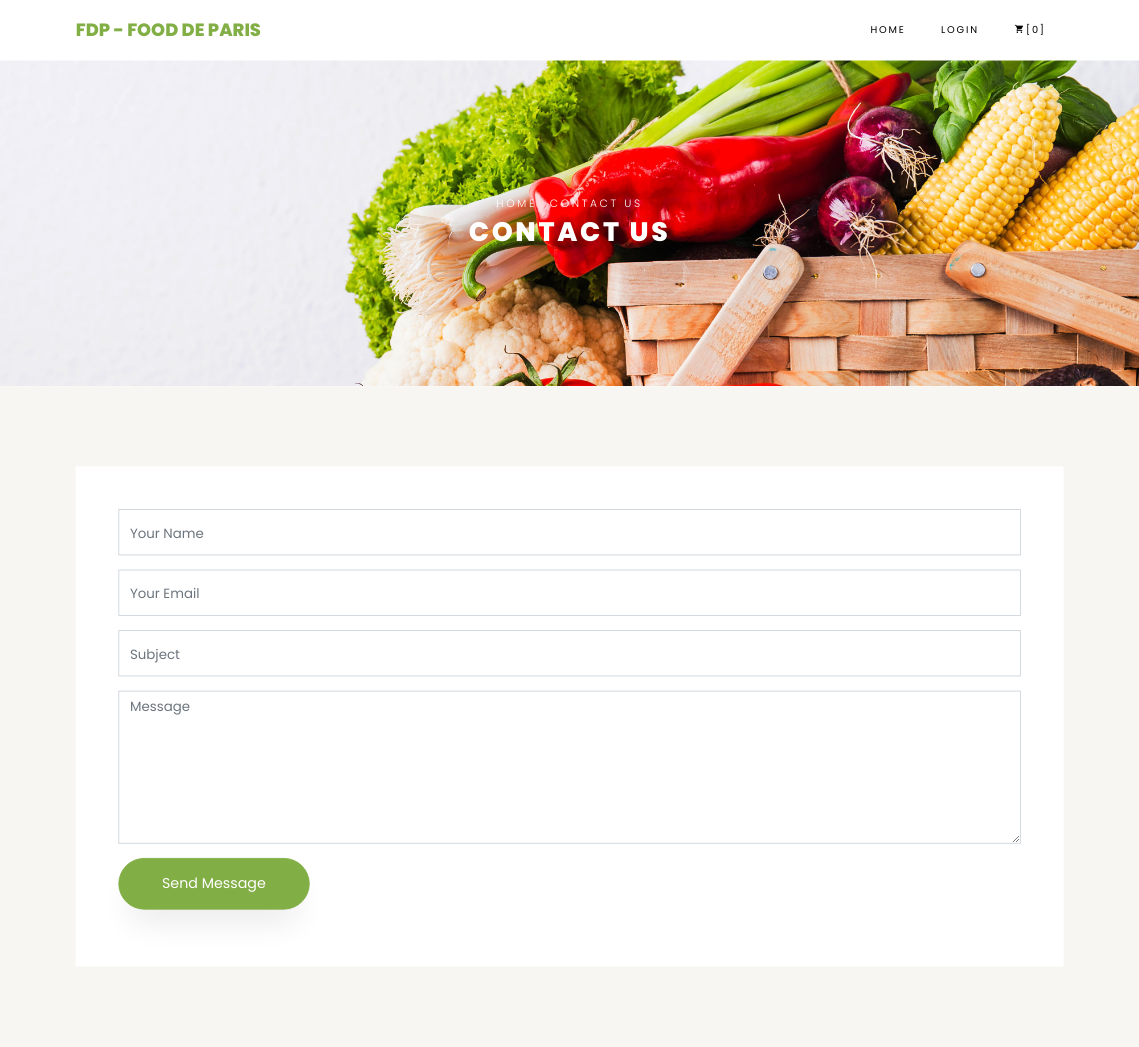
Repository: MacCampers/java-stuff
Page: workspaceJSP/projetRestaurant/WebContent/contact.html
The author's editor kept a copy of each file at every save. The page is drawn from the files as they stood at one save, then again after the next save.
The browser window is 1280 px wide. The pictures show the whole page, at 89% of full size.
Some web fonts or font styles are not loaded; a fallback is used.

Above is the page before, as saved 2020-02-07 14:02:07.

### workspaceJSP/projetRestaurant/WebContent/contact.html
<!DOCTYPE html>
<html lang="en">
<head>
<title>FDP - Food De Paris</title>
<meta charset="utf-8">
<meta name="viewport"
	content="width=device-width, initial-scale=1, shrink-to-fit=no">
<link
	href="https://fonts.googleapis.com/css?family=Poppins:200,300,400,500,600,700,800&display=swap"
	rel="stylesheet">
<link
	href="https://fonts.googleapis.com/css?family=Lora:400,400i,700,700i&display=swap"
	rel="stylesheet">
<link
	href="https://fonts.googleapis.com/css?family=Amatic+SC:400,700&display=swap"
	rel="stylesheet">
<link rel="stylesheet" href="css/open-iconic-bootstrap.min.css">
<link rel="stylesheet" href="css/animate.css">
<link rel="stylesheet" href="css/owl.carousel.min.css">
<link rel="stylesheet" href="css/owl.theme.default.min.css">
<link rel="stylesheet" href="css/magnific-popup.css">
<link rel="stylesheet" href="css/aos.css">
<link rel="stylesheet" href="css/ionicons.min.css">
<link rel="stylesheet" href="css/bootstrap-datepicker.css">
<link rel="stylesheet" href="css/jquery.timepicker.css">
<link rel="stylesheet" href="css/flaticon.css">
<link rel="stylesheet" href="css/icomoon.css">
<link rel="stylesheet" href="css/style.css">
</head>
<body class="goto-here">

	<nav
		class="navbar navbar-expand-lg navbar-dark ftco_navbar bg-dark ftco-navbar-light"
		id="ftco-navbar">
		<div class="container">
			<a class="navbar-brand" href="index.html">FDP - Food De Paris</a>
			<button class="navbar-toggler" type="button" data-toggle="collapse"
				data-target="#ftco-nav" aria-controls="ftco-nav"
				aria-expanded="false" aria-label="Toggle navigation">
				<span class="oi oi-menu"></span> Menu
			</button>

			<div class="collapse navbar-collapse" id="ftco-nav">
				<ul class="navbar-nav ml-auto">
					<li class="nav-item active"><a href="index.html"
						class="nav-link">Home</a></li>
					<li class="nav-item active"><a href="index.html"
						class="nav-link">Login</a></li>

					<li class="nav-item cta cta-colored"><a href="cart.html"
						class="nav-link"><span class="icon-shopping_cart"></span>[0]</a></li>

				</ul>
			</div>
		</div>
	</nav>
	<!-- END nav -->

	<div class="hero-wrap hero-bread"
		style="background-image: url('images/bg_1.jpg');">
		<div class="container">
			<div
				class="row no-gutters slider-text align-items-center justify-content-center">
				<div class="col-md-9 ftco-animate text-center">
					<p class="breadcrumbs">
						<span class="mr-2"><a href="index.html">Home</a></span> <span>Contact
							us</span>
					</p>
					<h1 class="mb-0 bread">Contact us</h1>
				</div>
			</div>
		</div>
	</div>

	<section class="ftco-section contact-section bg-light">
		<div class="container">


			<div class="row block-9">
				<div class="col-md-12 order-md-last d-flex">
					<form action="#" class="bg-white p-5 contact-form">
						<div class="form-group">
							<input type="text" class="form-control" placeholder="Your Name">
						</div>
						<div class="form-group">
							<input type="text" class="form-control" placeholder="Your Email">
						</div>
						<div class="form-group">
							<input type="text" class="form-control" placeholder="Subject">
						</div>
						<div class="form-group">
							<textarea name="" id="" cols="30" rows="7" class="form-control"
								placeholder="Message"></textarea>
						</div>
						<div class="form-group">
							<input type="submit" value="Send Message"
								class="btn btn-primary py-3 px-5">
						</div>
					</form>

				</div>
			</div>
		</div>
	</section>


	<!-- loader -->
	<div id="ftco-loader" class="show fullscreen">
		<svg class="circular" width="48px" height="48px">
			<circle class="path-bg" cx="24" cy="24" r="22" fill="none"
				stroke-width="4" stroke="#eeeeee" />
			<circle class="path" cx="24" cy="24" r="22" fill="none"
				stroke-width="4" stroke-miterlimit="10" stroke="#F96D00" /></svg>
	</div>


	<script src="js/jquery.min.js"></script>
	<script src="js/jquery-migrate-3.0.1.min.js"></script>
	<script src="js/popper.min.js"></script>
	<script src="js/bootstrap.min.js"></script>
	<script src="js/jquery.easing.1.3.js"></script>
	<script src="js/jquery.waypoints.min.js"></script>
	<script src="js/jquery.stellar.min.js"></script>
	<script src="js/owl.carousel.min.js"></script>
	<script src="js/jquery.magnific-popup.min.js"></script>
	<script src="js/aos.js"></script>
	<script src="js/jquery.animateNumber.min.js"></script>
	<script src="js/bootstrap-datepicker.js"></script>
	<script src="js/scrollax.min.js"></script>
	<script src="js/main.js"></script>

</body>
</html>

### workspaceJSP/projetRestaurant/WebContent/js/main.js
 AOS.init({
 	duration: 800,
 	easing: 'slide'
 });

(function($) {

	"use strict";

	var isMobile = {
		Android: function() {
			return navigator.userAgent.match(/Android/i);
		},
			BlackBerry: function() {
			return navigator.userAgent.match(/BlackBerry/i);
		},
			iOS: function() {
			return navigator.userAgent.match(/iPhone|iPad|iPod/i);
		},
			Opera: function() {
			return navigator.userAgent.match(/Opera Mini/i);
		},
			Windows: function() {
			return navigator.userAgent.match(/IEMobile/i);
		},
			any: function() {
			return (isMobile.Android() || isMobile.BlackBerry() || isMobile.iOS() || isMobile.Opera() || isMobile.Windows());
		}
	};


	$(window).stellar({
    responsive: true,
    parallaxBackgrounds: true,
    parallaxElements: true,
    horizontalScrolling: false,
    hideDistantElements: false,
    scrollProperty: 'scroll'
  });


	var fullHeight = function() {

		$('.js-fullheight').css('height', $(window).height());
		$(window).resize(function(){
			$('.js-fullheight').css('height', $(window).height());
		});

	};
	fullHeight();

	// loader
	var loader = function() {
		setTimeout(function() {
			if($('#ftco-loader').length > 0) {
				$('#ftco-loader').removeClass('show');
			}
		}, 1);
	};
	loader();

	// Scrollax
   $.Scrollax();

	var carousel = function() {
		$('.home-slider').owlCarousel({
	    loop:true,
	    autoplay: true,
	    margin:0,
	    animateOut: 'fadeOut',
	    animateIn: 'fadeIn',
	    nav:false,
	    autoplayHoverPause: false,
	    items: 1,
	    navText : ["<span class='ion-md-arrow-back'></span>","<span class='ion-chevron-right'></span>"],
	    responsive:{
	      0:{
	        items:1
	      },
	      600:{
	        items:1
	      },
	      1000:{
	        items:1
	      }
	    }
		});

		$('.carousel-testimony').owlCarousel({
			center: true,
			loop: true,
			items:1,
			margin: 30,
			stagePadding: 0,
			nav: false,
			navText: ['<span class="ion-ios-arrow-back">', '<span class="ion-ios-arrow-forward">'],
			responsive:{
				0:{
					items: 1
				},
				600:{
					items: 3
				},
				1000:{
					items: 3
				}
			}
		});

	};
	carousel();

	$('nav .dropdown').hover(function(){
		var $this = $(this);
		// 	 timer;
		// clearTimeout(timer);
		$this.addClass('show');
		$this.find('> a').attr('aria-expanded', true);
		// $this.find('.dropdown-menu').addClass('animated-fast fadeInUp show');
		$this.find('.dropdown-menu').addClass('show');
	}, function(){
		var $this = $(this);
			// timer;
		// timer = setTimeout(function(){
			$this.removeClass('show');
			$this.find('> a').attr('aria-expanded', false);
			// $this.find('.dropdown-menu').removeClass('animated-fast fadeInUp show');
			$this.find('.dropdown-menu').removeClass('show');
		// }, 100);
	});


	$('#dropdown04').on('show.bs.dropdown', function () {
	  console.log('show');
	});

	// scroll
	var scrollWindow = function() {
		$(window).scroll(function(){
			var $w = $(this),
					st = $w.scrollTop(),
					navbar = $('.ftco_navbar'),
					sd = $('.js-scroll-wrap');

			if (st > 150) {
				if ( !navbar.hasClass('scrolled') ) {
					navbar.addClass('scrolled');
				}
			}
			if (st < 150) {
				if ( navbar.hasClass('scrolled') ) {
					navbar.removeClass('scrolled sleep');
				}
			}
			if ( st > 350 ) {
				if ( !navbar.hasClass('awake') ) {
					navbar.addClass('awake');
				}

				if(sd.length > 0) {
					sd.addClass('sleep');
				}
			}
			if ( st < 350 ) {
				if ( navbar.hasClass('awake') ) {
					navbar.removeClass('awake');
					navbar.addClass('sleep');
				}
				if(sd.length > 0) {
					sd.removeClass('sleep');
				}
			}
		});
	};
	scrollWindow();


	var counter = function() {

		$('#section-counter').waypoint( function( direction ) {

			if( direction === 'down' && !$(this.element).hasClass('ftco-animated') ) {

				var comma_separator_number_step = $.animateNumber.numberStepFactories.separator(',')
				$('.number').each(function(){
					var $this = $(this),
						num = $this.data('number');
						console.log(num);
					$this.animateNumber(
					  {
					    number: num,
					    numberStep: comma_separator_number_step
					  }, 7000
					);
				});

			}

		} , { offset: '95%' } );

	}
	counter();

	var contentWayPoint = function() {
		var i = 0;
		$('.ftco-animate').waypoint( function( direction ) {

			if( direction === 'down' && !$(this.element).hasClass('ftco-animated') ) {

				i++;

				$(this.element).addClass('item-animate');
				setTimeout(function(){

					$('body .ftco-animate.item-animate').each(function(k){
						var el = $(this);
						setTimeout( function () {
							var effect = el.data('animate-effect');
							if ( effect === 'fadeIn') {
								el.addClass('fadeIn ftco-animated');
							} else if ( effect === 'fadeInLeft') {
								el.addClass('fadeInLeft ftco-animated');
							} else if ( effect === 'fadeInRight') {
								el.addClass('fadeInRight ftco-animated');
							} else {
								el.addClass('fadeInUp ftco-animated');
							}
							el.removeClass('item-animate');
						},  k * 50, 'easeInOutExpo' );
					});

				}, 100);

			}

		} , { offset: '95%' } );
	};
	contentWayPoint();


	// navigation
	var OnePageNav = function() {
		$(".smoothscroll[href^='#'], #ftco-nav ul li a[href^='#']").on('click', function(e) {
		 	e.preventDefault();

		 	var hash = this.hash,
		 			navToggler = $('.navbar-toggler');
		 	$('html, body').animate({
		    scrollTop: $(hash).offset().top
		  }, 700, 'easeInOutExpo', function(){
		    window.location.hash = hash;
		  });


		  if ( navToggler.is(':visible') ) {
		  	navToggler.click();
		  }
		});
		$('body').on('activate.bs.scrollspy', function () {
		  console.log('nice');
		})
	};
	OnePageNav();


	// magnific popup
	$('.image-popup').magnificPopup({
    type: 'image',
    closeOnContentClick: true,
    closeBtnInside: false,
    fixedContentPos: true,
    mainClass: 'mfp-no-margins mfp-with-zoom', // class to remove default margin from left and right side
     gallery: {
      enabled: true,
      navigateByImgClick: true,
      preload: [0,1] // Will preload 0 - before current, and 1 after the current image
    },
    image: {
      verticalFit: true
    },
    zoom: {
      enabled: true,
      duration: 300 // don't foget to change the duration also in CSS
    }
  });

  $('.popup-youtube, .popup-vimeo, .popup-gmaps').magnificPopup({
    disableOn: 700,
    type: 'iframe',
    mainClass: 'mfp-fade',
    removalDelay: 160,
    preloader: false,

    fixedContentPos: false
  });



	var goHere = function() {

		$('.mouse-icon').on('click', function(event){

			event.preventDefault();

			$('html,body').animate({
				scrollTop: $('.goto-here').offset().top
			}, 500, 'easeInOutExpo');

			return false;
		});
	};
	goHere();


	function makeTimer() {

		var endTime = new Date("21 December 2019 9:56:00 GMT+01:00");
		endTime = (Date.parse(endTime) / 1000);

		var now = new Date();
		now = (Date.parse(now) / 1000);

		var timeLeft = endTime - now;

		var days = Math.floor(timeLeft / 86400);
		var hours = Math.floor((timeLeft - (days * 86400)) / 3600);
		var minutes = Math.floor((timeLeft - (days * 86400) - (hours * 3600 )) / 60);
		var seconds = Math.floor((timeLeft - (days * 86400) - (hours * 3600) - (minutes * 60)));

		if (hours < "10") { hours = "0" + hours; }
		if (minutes < "10") { minutes = "0" + minutes; }
		if (seconds < "10") { seconds = "0" + seconds; }

		$("#days").html(days + "<span>Days</span>");
		$("#hours").html(hours + "<span>Hours</span>");
		$("#minutes").html(minutes + "<span>Minutes</span>");
		$("#seconds").html(seconds + "<span>Seconds</span>");

}

setInterval(function() { makeTimer(); }, 1000);



})(jQuery);

Loaded but not shown: workspaceJSP/projetRestaurant/WebContent/css/open-iconic-bootstrap.min.css (library); workspaceJSP/projetRestaurant/WebContent/css/animate.css (library); workspaceJSP/projetRestaurant/WebContent/css/owl.carousel.min.css (library); workspaceJSP/projetRestaurant/WebContent/css/owl.theme.default.min.css (common file); workspaceJSP/projetRestaurant/WebContent/css/magnific-popup.css (library); workspaceJSP/projetRestaurant/WebContent/css/aos.css (library); workspaceJSP/projetRestaurant/WebContent/css/ionicons.min.css (library); workspaceJSP/projetRestaurant/WebContent/css/bootstrap-datepicker.css (library); workspaceJSP/projetRestaurant/WebContent/css/jquery.timepicker.css (common file); workspaceJSP/projetRestaurant/WebContent/css/flaticon.css (common file); workspaceJSP/projetRestaurant/WebContent/css/icomoon.css (common file); workspaceJSP/projetRestaurant/WebContent/css/style.css (library); workspaceJSP/projetRestaurant/WebContent/js/jquery.min.js (library); workspaceJSP/projetRestaurant/WebContent/js/jquery-migrate-3.0.1.min.js (library); workspaceJSP/projetRestaurant/WebContent/js/popper.min.js (library); workspaceJSP/projetRestaurant/WebContent/js/bootstrap.min.js (library); workspaceJSP/projetRestaurant/WebContent/js/jquery.easing.1.3.js (library); workspaceJSP/projetRestaurant/WebContent/js/jquery.waypoints.min.js (library); workspaceJSP/projetRestaurant/WebContent/js/jquery.stellar.min.js (library); workspaceJSP/projetRestaurant/WebContent/js/owl.carousel.min.js (library); workspaceJSP/projetRestaurant/WebContent/js/jquery.magnific-popup.min.js (library); workspaceJSP/projetRestaurant/WebContent/js/aos.js (library); workspaceJSP/projetRestaurant/WebContent/js/jquery.animateNumber.min.js (common file); workspaceJSP/projetRestaurant/WebContent/js/bootstrap-datepicker.js (library); workspaceJSP/projetRestaurant/WebContent/js/scrollax.min.js (library)

After the next save:
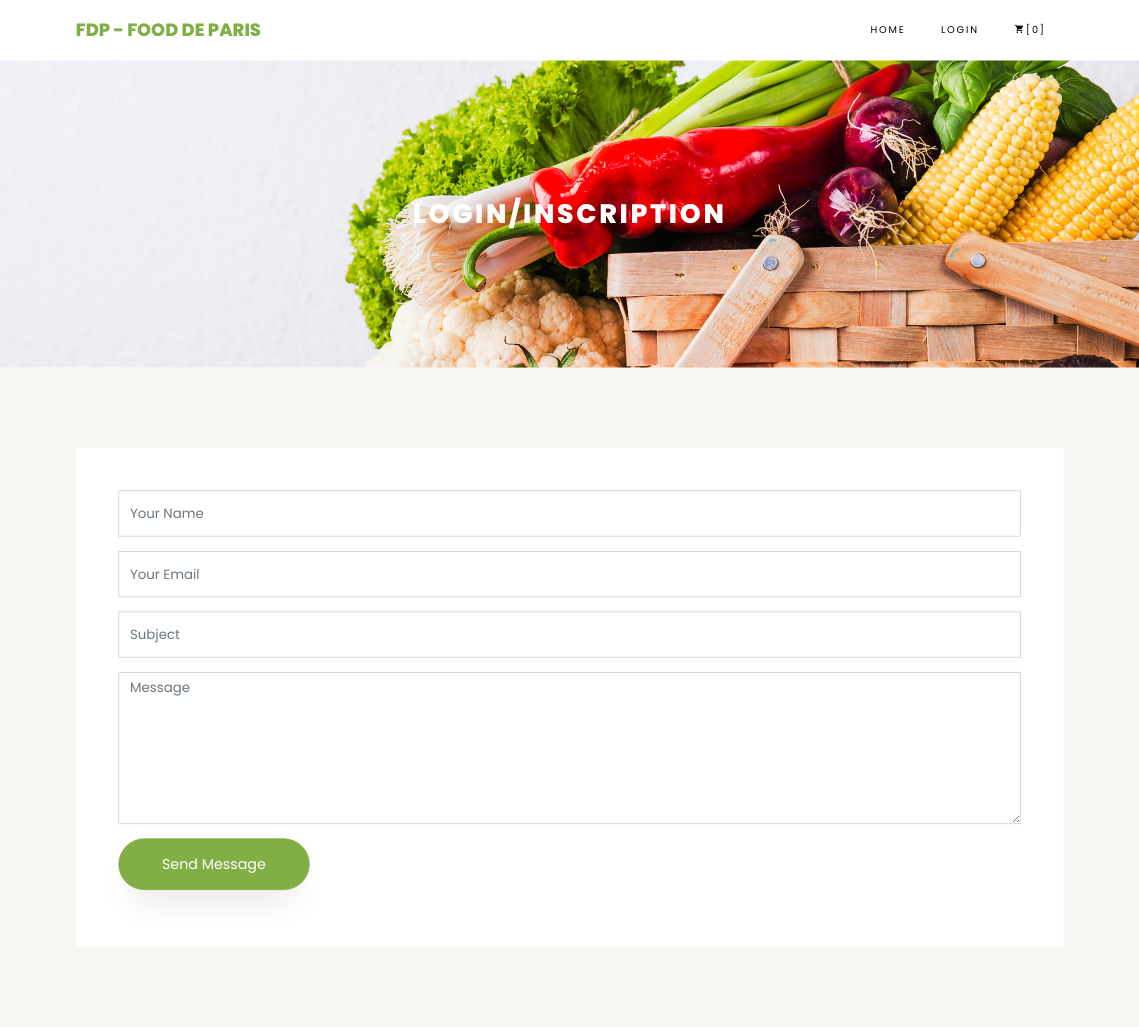
Saved 111 s later.
--- a/workspaceJSP/projetRestaurant/WebContent/contact.html
+++ b/workspaceJSP/projetRestaurant/WebContent/contact.html
@@ -62,11 +62,7 @@
 			<div
 				class="row no-gutters slider-text align-items-center justify-content-center">
 				<div class="col-md-9 ftco-animate text-center">
-					<p class="breadcrumbs">
-						<span class="mr-2"><a href="index.html">Home</a></span> <span>Contact
-							us</span>
-					</p>
-					<h1 class="mb-0 bread">Contact us</h1>
+					<h1 class="mb-0 bread">Login/Inscription</h1>
 				</div>
 			</div>
 		</div>
